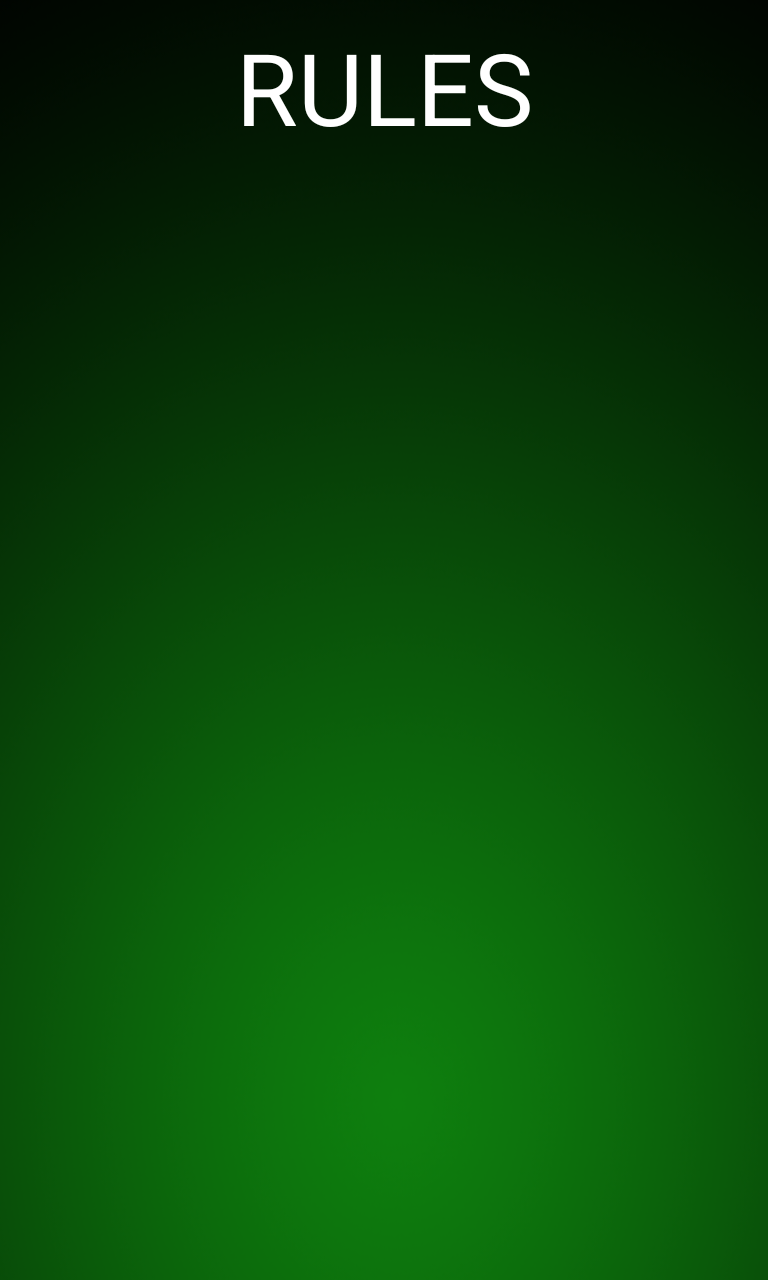
Repository: jwu14/AAProductions
Layout: EgyptianRatscrew/res/layout/activity_rules.xml
An editor plug-in stored every save of this project. The layout is shown before and after the next save, followed by the edit.
It is drawn on a 768 x 1280 px phone screen (xhdpi) without system bars, with theme AppTheme; the app's code is not run.

Above is the layout before, as saved 2013-03-06 20:27:58.

### EgyptianRatscrew/res/layout/activity_rules.xml
<LinearLayout xmlns:android="http://schemas.android.com/apk/res/android"
    xmlns:tools="http://schemas.android.com/tools"
    android:layout_width="fill_parent"
    android:layout_height="fill_parent"
    android:background="@drawable/bg"
    android:gravity="center"
    android:orientation="vertical"
    android:paddingBottom="10dp"
    android:paddingTop="10dp"
    tools:context=".StatsActivity" >

    <TextView
        android:id="@+id/gameResult"
        android:layout_width="match_parent"
        android:layout_height="68dp"
        android:layout_weight="0.23"
        android:clickable="false"
        android:gravity="center_horizontal"
        android:text="RULES"
        android:textColor="#FFFFFF"
        android:textSize="50sp" />

</LinearLayout>

After the next save:
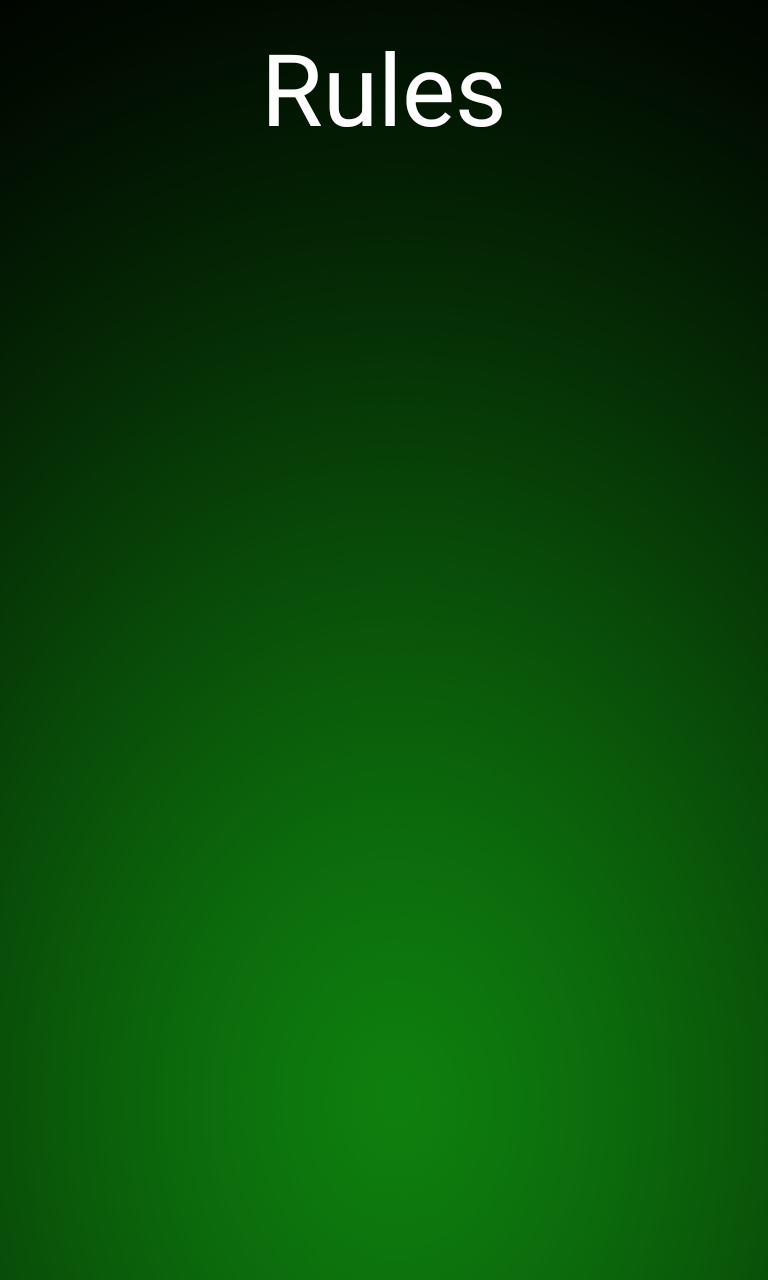
Saved 10 s later.
--- a/EgyptianRatscrew/res/layout/activity_rules.xml
+++ b/EgyptianRatscrew/res/layout/activity_rules.xml
@@ -16,7 +16,7 @@
         android:layout_weight="0.23"
         android:clickable="false"
         android:gravity="center_horizontal"
-        android:text="RULES"
+        android:text="Rules"
         android:textColor="#FFFFFF"
         android:textSize="50sp" />
 
